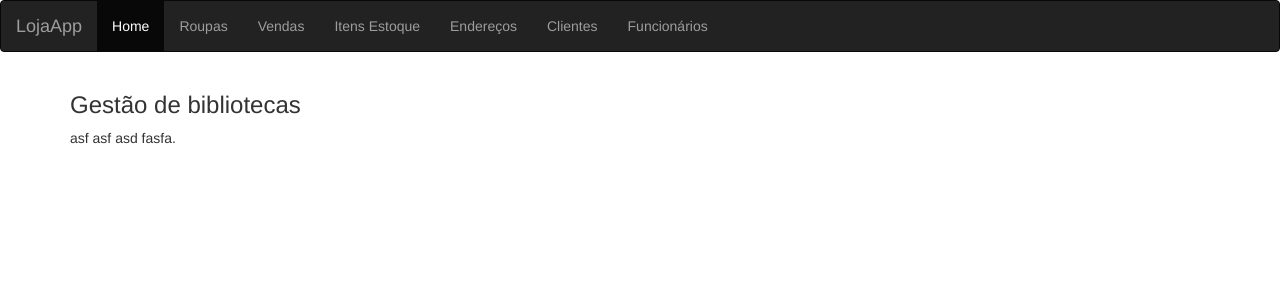
Repository: rafaeldomenici/JavaWeb_AT
Page: rafaeldomenici/src/main/resources/index.html
These files come from the project's save history. The page is drawn as it stood at one moment and after the next save; the edit follows.
The browser window is 1280 px wide. The pictures show the whole page.

Above is the page before, as saved 2024-04-01 17:06:24.

### rafaeldomenici/src/main/resources/index.html
<!DOCTYPE html>
<html lang="en">
<head>
  <title>BBibliotecaApp</title>
  <meta charset="utf-8">
  <meta name="viewport" content="width=device-width, initial-scale=1">
  <link rel="stylesheet" href="https://maxcdn.bootstrapcdn.com/bootstrap/3.4.1/css/bootstrap.min.css">
  <script src="https://ajax.googleapis.com/ajax/libs/jquery/3.7.1/jquery.min.js"></script>
  <script src="https://maxcdn.bootstrapcdn.com/bootstrap/3.4.1/js/bootstrap.min.js"></script>
</head>
<body>

<nav class="navbar navbar-inverse">
  <div class="container-fluid">
    <div class="navbar-header">
      <a class="navbar-brand" href="#">LojaApp</a>
    </div>
    <ul class="nav navbar-nav">
      <li class="active"><a href="#">Home</a></li>
      <li><a href="/roupa/lista">Roupas</a></li>
      <li><a href="/venda/lista">Vendas</a></li>
      <li><a href="/itemEstoque/lista">Itens Estoque</a></li>
      <li><a href="/endereco/lista">Endereços</a></li>
      <li><a href="/cliente/lista">Clientes</a></li>
      <li><a href="/funcionario/lista">Funcionários</a></li>
    </ul>
  </div>
</nav>

<div class="container">
  <h3>Gestão de bibliotecas</h3>
  <p>asf asf asd fasfa.</p>
</div>

</body>
</html>

After the next save:
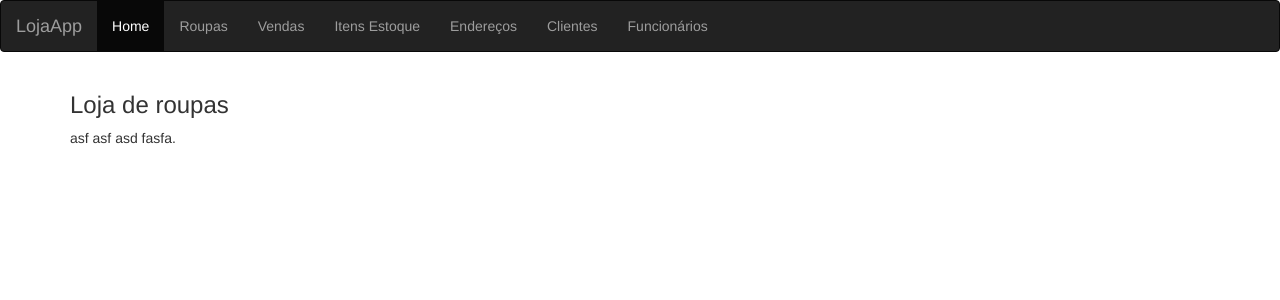
Saved 3 min 52 s later.
--- a/rafaeldomenici/src/main/resources/index.html
+++ b/rafaeldomenici/src/main/resources/index.html
@@ -20,7 +20,7 @@
       <li><a href="/roupa/lista">Roupas</a></li>
       <li><a href="/venda/lista">Vendas</a></li>
       <li><a href="/itemEstoque/lista">Itens Estoque</a></li>
-      <li><a href="/endereco/lista">Endereços</a></li>
+      <li><a href="/endereco/listarHTML">Endereços</a></li>
       <li><a href="/cliente/lista">Clientes</a></li>
       <li><a href="/funcionario/lista">Funcionários</a></li>
     </ul>
@@ -28,7 +28,7 @@
 </nav>
 
 <div class="container">
-  <h3>Gestão de bibliotecas</h3>
+  <h3>Loja de roupas</h3>
   <p>asf asf asd fasfa.</p>
 </div>
 
